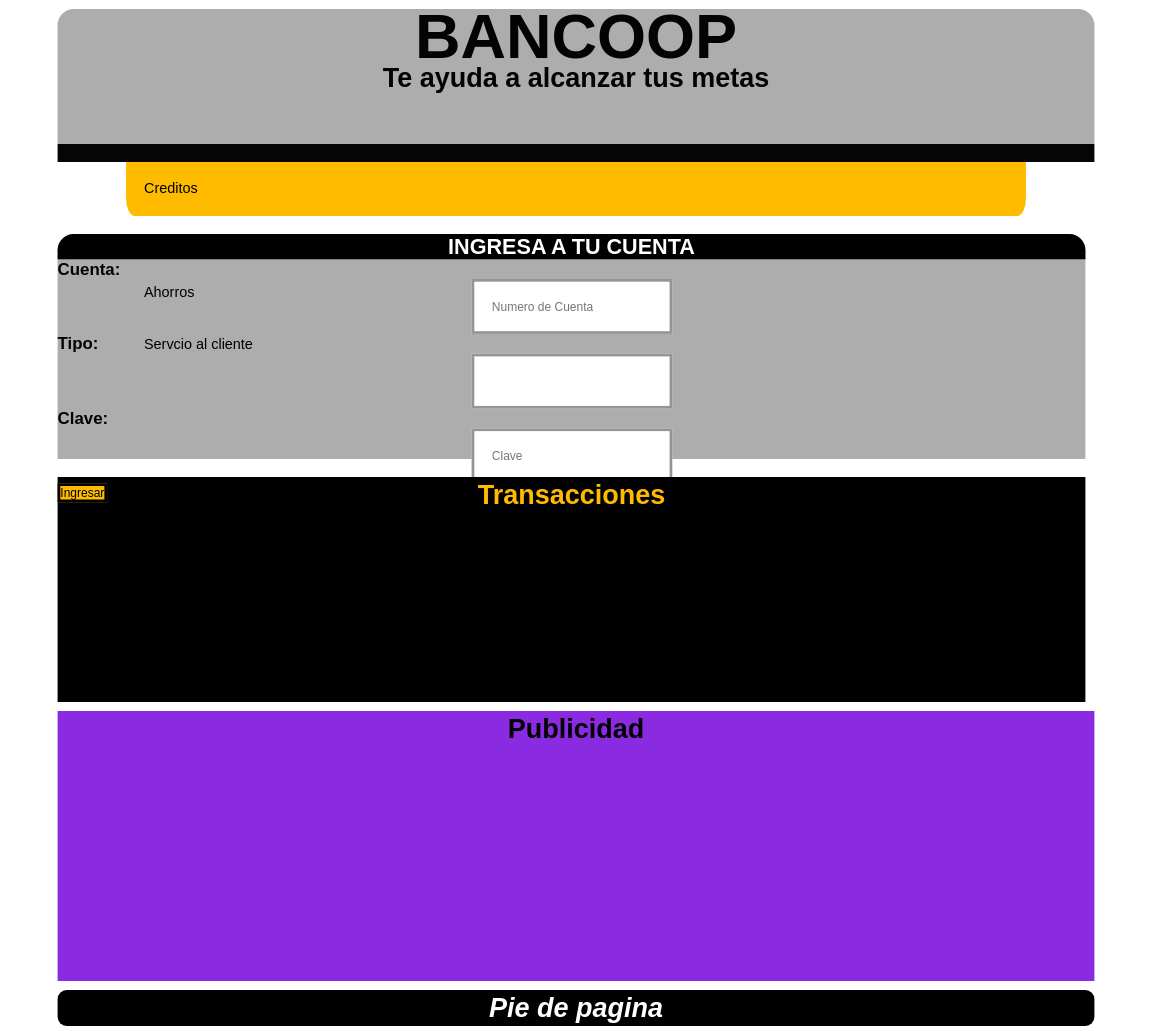
Repository: NickArregoces/BANCOOP
Page: Index.html
These files come from the project's save history. The page is drawn as it stood at one moment and after the next save; the edit follows.
The browser window is 1280 px wide. The pictures show the whole page, at 90% of full size.

Above is the page before, as saved 2021-09-29 17:58:36.

After the next save:
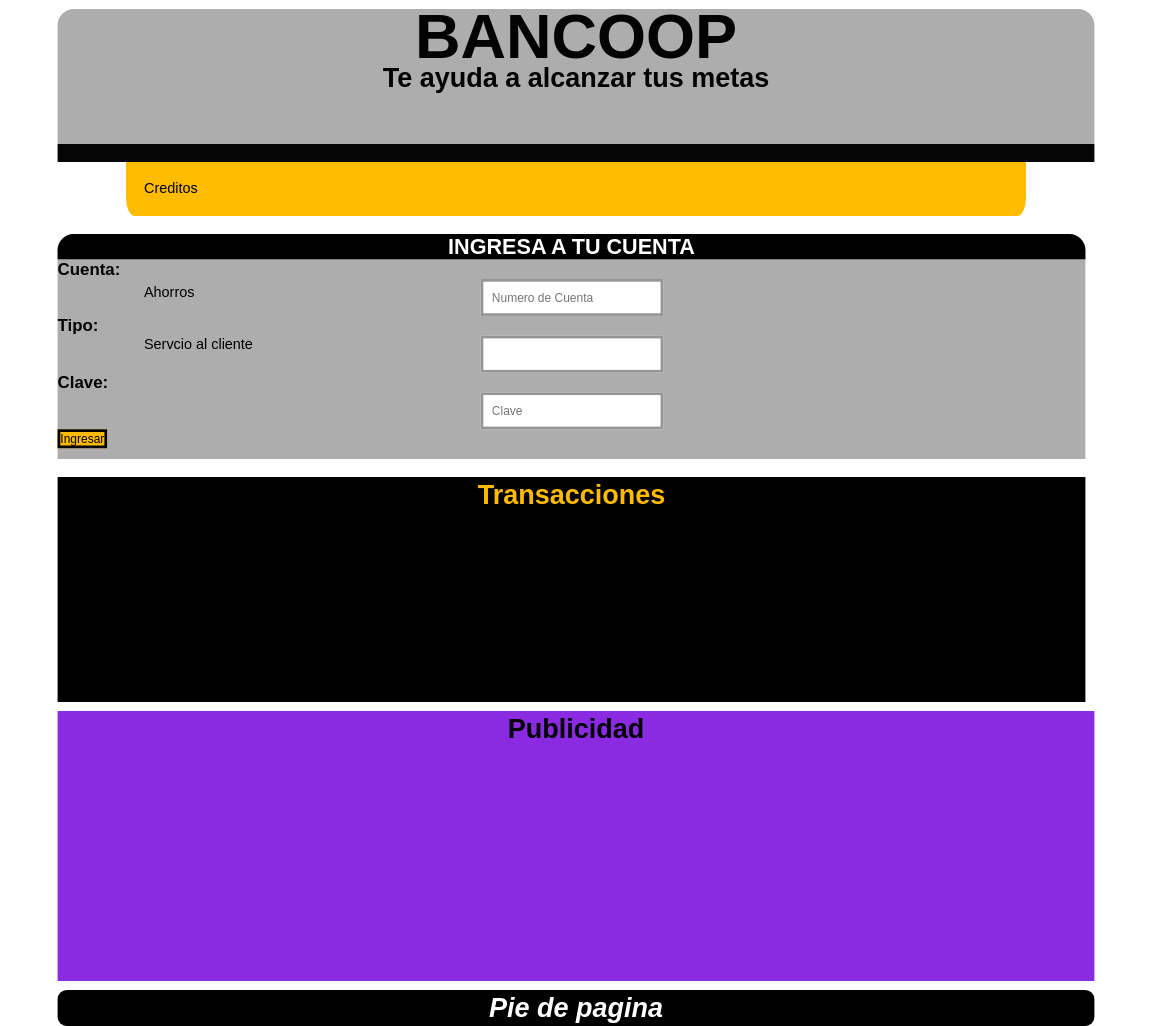
Saved 7 s later.
--- a/CSS/Style.css
+++ b/CSS/Style.css
@@ -71,8 +71,8 @@ ul.menu{
             border-top-right-radius: 18px;
         }
         form input{
-            padding: 20px;
-        display: block;
+            padding: 10px;
+            display: block;
             border: solid rgb(149, 149, 149);
         }
         button{
